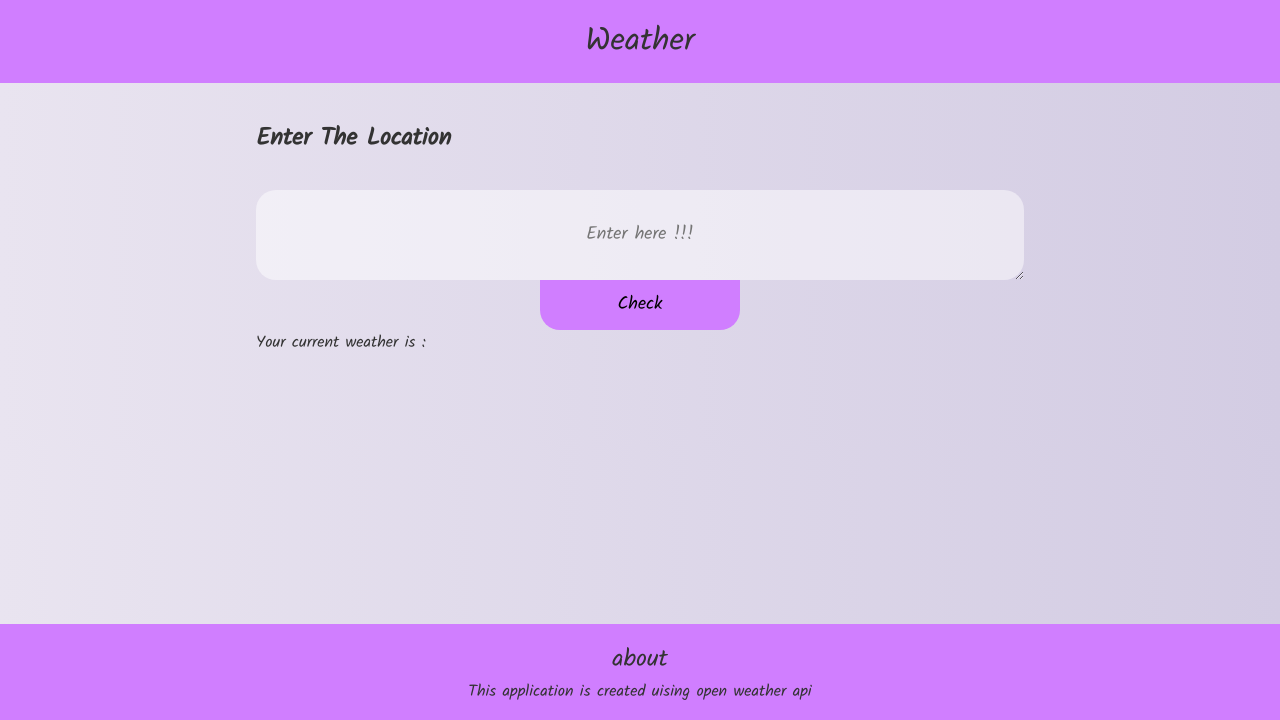
Repository: Irfan-vit/openapi
Page: index.html
The author's editor kept a copy of each file at every save. The page is drawn from the files as they stood at one save, then again after a run of saves.
The browser window is 1280 px wide. The pictures show the whole page.

Above is the page before, as saved 2021-05-27 23:54:33.

### index.html
<!DOCTYPE html>
<html lang="en">

<head>
    <meta charset="UTF-8">
    <meta http-equiv="X-UA-Compatible" content="IE=edge">
    <meta name="viewport" content="width=device-width, initial-scale=1.0">
    <title>Api</title>
    <link rel="stylesheet" href="style.css">
</head>

<body>

    <nav>
        <div style="font-size: 2rem; padding: 1rem;">
            Weather
        </div>

    </nav>

    <main>

        <h2>Enter The Location</h2>

        <textarea name="" id="txt-input" class="t-area" placeholder="Enter here !!!"></textarea>

        <button id="btn-translate">
            Check
        </button>

        <div>Your current weather is :</div>

        <div id="output" class="t-area">

        </div>

    </main>

    <footer>
        <div style="font-size: x-large;">about</div>
        <p>This application is created uising open weather api</p>
    </footer>



    <script src="app.js" type="text/javascript"></script>
</body>

</html>

### style.css
@import url('https://fonts.googleapis.com/css2?family=Kalam&display=swap');

* {
    box-sizing: border-box;
}

:root {
    --primary: #d07eff;
    --black: #333333;
    --width-break:800px
}

body {
    margin: 0;
    font-family: 'Kalam', cursive;
    color: #333333;
    background: linear-gradient(to right, #E9E4F0, #D3CCE3);
}

nav {
    background-color: var(--primary);
    text-align: center;
}

main {
    margin: auto;
    padding: 1rem;
    max-width: var(--width-break);
}

textarea {
    box-sizing: border-box;
    display: block;
    width: 100%;
    min-height: 5vh;
    margin-top: 2rem;
    font-size: large;
    font-family: inherit;
    background-color: #ffffff7a;
    border:none;
    border-radius:20px;
    text-align: center;
    padding-top: 30px;;
}

textarea:hover {
    box-sizing: border-box;
    display: block;
    width: 100%;
    min-height: 5vh;
    margin-top: 2rem;
    font-size: large;
    font-family: inherit;
    background-color: #ffffff;
    border-radius:20px;
    border: none;
    text-align: center;
}

button {
    background-color: var(--primary);
    border: none;
    margin: 8rem 0rem;
    font-family: 'Kalam', cursive;
    font-size: large;
    cursor: pointer;
    height: 50px;
    width: 200px;
    border-bottom-left-radius:20px;
    border-bottom-right-radius:20px;
    /* text-align: center; */
    margin:auto;
    display:block;

}


#output {
    box-sizing: border-box;
    width: 100%;
    min-height: 10vh;
    max-height: 20vh;
    /* border: 1px solid var(--black); */
}

footer {
    position: fixed;
    bottom: 0;
    width: 100%;
    padding: 1rem;
    background-color: var(--primary);
    text-align: center;
}

footer p {
    max-width: var(--width-break);
    margin: auto;
}

### app.js
var btnTranslate = document.querySelector("#btn-translate");
var txtInput = document.querySelector("#txt-input");
var outputDiv = document.querySelector('#output')
var serverURL = "https://api.openweathermap.org/data/2.5/weather?q="
var key = "&appid=49257f6591cfc3ed8daf0b5970d519cb"

function getTranslationURL(text) {
    return serverURL + text + key
}

function errorHandler(error) {
    console.log("error occured", error)
    alert("something went wrong  :  " + error)
}

function clickHandler() {
    // outputDiv.innerText = "translated  " + txtInput.value + "  To : bababbababababababa ";

    var inputText = txtInput.value;

    fetch(getTranslationURL(inputText))
        .then(response => response.json())
        .then(json => {
            var translatedText = "Country : " + json['sys']['country'] + " | tempreature : " + json['main']['temp'] + " | weather : " +  json['weather'][0]['description'] + " | longitude : " + json['coord']['lon'] + " | latitude : " + json['coord']['lat'] + " | wind speed : " + json['wind']['speed'] + " | Wind direction, degrees : " + json['wind']['deg'];
            outputDiv.innerText = translatedText;
            })
    };


btnTranslate.addEventListener("click", clickHandler)

After the next 2 saves:
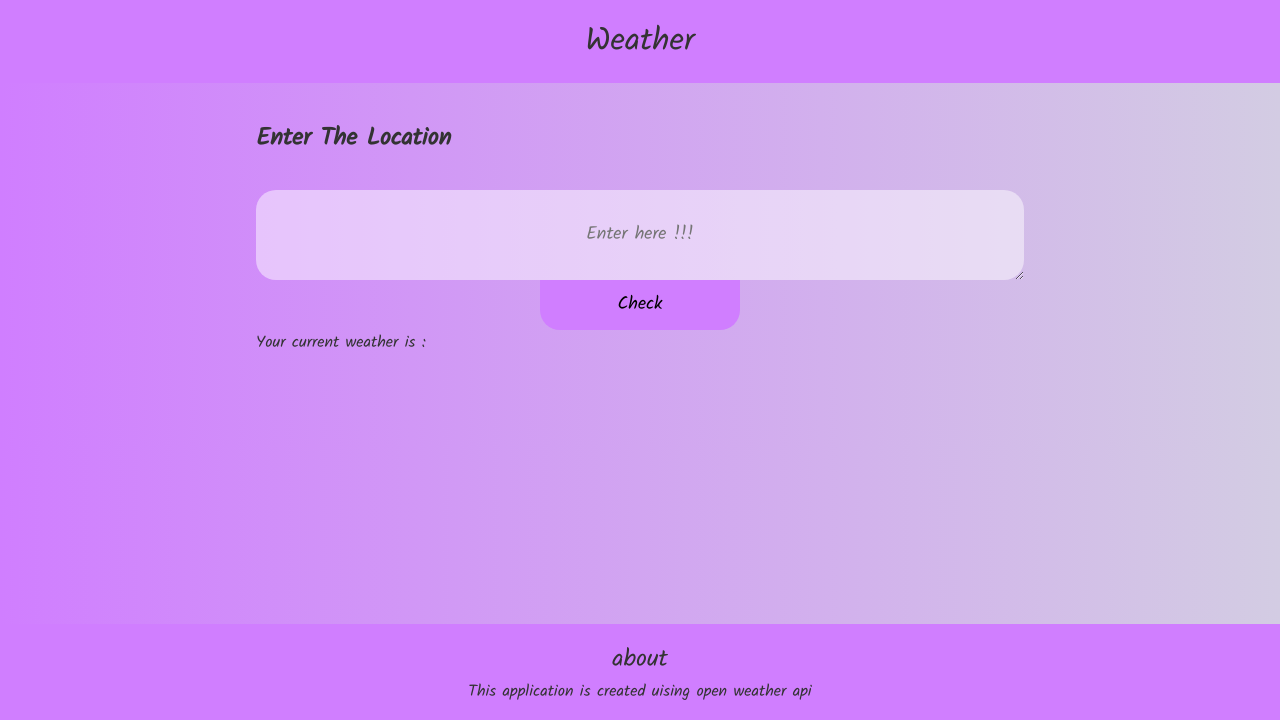
The 2 saves are shown as one change because they came seconds apart.
The last was saved 12 s later.
--- a/style.css
+++ b/style.css
@@ -14,7 +14,7 @@
     margin: 0;
     font-family: 'Kalam', cursive;
     color: #333333;
-    background: linear-gradient(to right, #E9E4F0, #D3CCE3);
+    background: linear-gradient(to right, #d07eff, #D3CCE3);
 }
 
 nav {

After the 3 saves that followed:
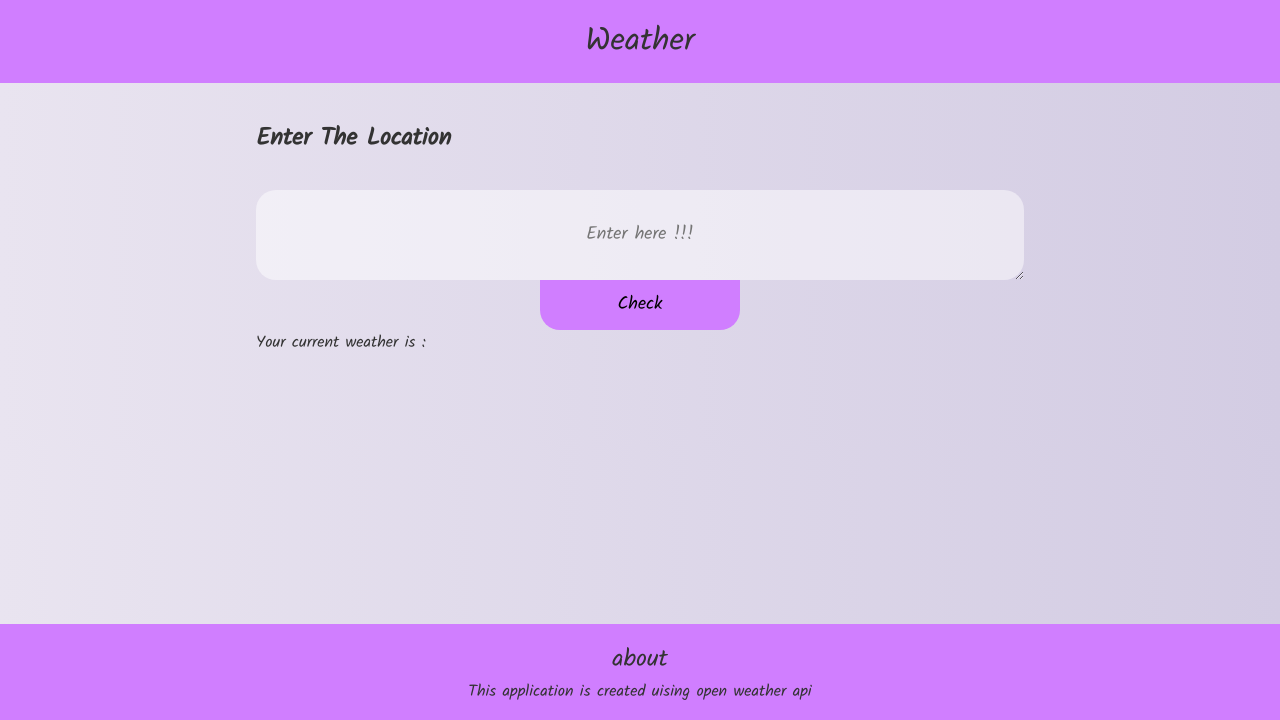
The 3 saves are shown as one change because they came seconds apart.
The last was saved 12 s later.
--- a/style.css
+++ b/style.css
@@ -14,7 +14,7 @@
     margin: 0;
     font-family: 'Kalam', cursive;
     color: #333333;
-    background: linear-gradient(to right, #d07eff, #D3CCE3);
+    background: linear-gradient(to right, #E9E4F0, #D3CCE3);
 }
 
 nav {
